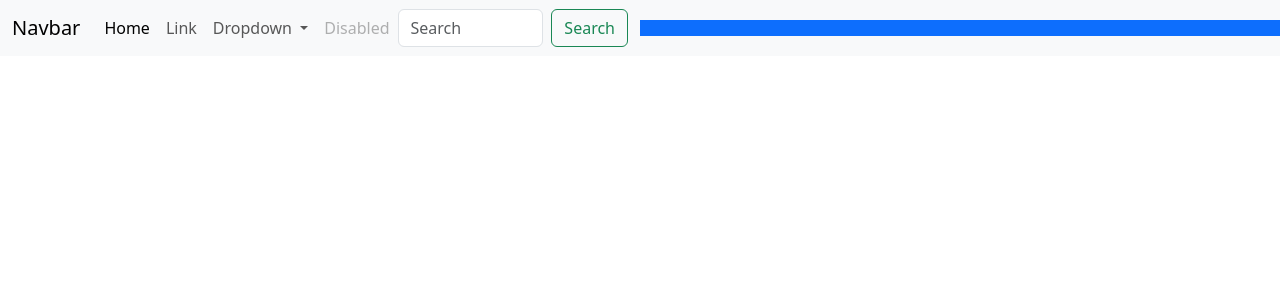
Repository: Riyakashiwala/practical
Page: riya 6th sem/book website.html
The author's editor kept a copy of each file at every save. The page is drawn from the files as they stood at one save, then again after the next save.
The browser window is 1280 px wide. The pictures show the whole page.

Above is the page before, as saved 2024-12-11 06:34:07.

### riya 6th sem/book website.html
<!DOCTYPE html>
<html lang="en">
<head>
    <meta charset="UTF-8">
    <meta name="viewport" content="width=device-width, initial-scale=1.0">
    <title>Book Website</title>
    <link href="https://cdn.jsdelivr.net/npm/bootstrap@5.3.3/dist/css/bootstrap.min.css" rel="stylesheet" integrity="sha384-QWTKZyjpPEjISv5WaRU9OFeRpok6YctnYmDr5pNlyT2bRjXh0JMhjY6hW+ALEwIH" crossorigin="anonymous">


</head>
<body>
    <nav class="navbar navbar-expand-lg bg-body-tertiary">
        <div class="container-fluid">
            <a class="navbar-brand" href="#">Navbar</a>
            <button class="navbar-toggler" type="button" data-bs-toggle="collapse" data-bs-target="#navbarSupportedContent" aria-controls="navbarSupportedContent" aria-expanded="false" aria-label="Toggle navigation">
            <span class="navbar-toggler-icon"></span>
            </button>
            <div class="collapse navbar-collapse" id="navbarSupportedContent">
            <ul class="navbar-nav me-auto mb-2 mb-lg-0">
                <li class="nav-item">
                <a class="nav-link active" aria-current="page" href="#">Home</a>
                </li>
                <li class="nav-item">
                <a class="nav-link" href="#">Link</a>
                </li>
                <li class="nav-item dropdown">
                <a class="nav-link dropdown-toggle" href="#" role="button" data-bs-toggle="dropdown" aria-expanded="false">
                Dropdown
                </a>
                <ul class="dropdown-menu">
                <li><a class="dropdown-item" href="#">Action</a></li>
                <li><a class="dropdown-item" href="#">Another action</a></li>
                <li><hr class="dropdown-divider"></li>
                <li><a class="dropdown-item" href="#">Something else here</a></li>
                </ul>
                </li>
            <li class="nav-item">
                <a class="nav-link disabled" aria-disabled="true">Disabled</a>
            </li>
            </ul>
            <form class="d-flex" role="search">
            <input class="form-control me-2" type="search" placeholder="Search" aria-label="Search">
            <button class="btn btn-outline-success" type="submit">Search</button>
            </form>
        </div>
        </div>
        <div class="container-fluid bg-primary">
        <div class="container">
            <section id="intro">
                <div class="row justify-content-start">
                    <div class="col-6">
                        <p class="display-3"></p>
                    </div>
                </div>
            </section>
        </div>
        </div>
    </nav>
    <script src="https://cdn.jsdelivr.net/npm/bootstrap@5.3.3/dist/js/bootstrap.bundle.min.js" integrity="sha384-YvpcrYf0tY3lHB60NNkmXc5s9fDVZLESaAA55NDzOxhy9GkcIdslK1eN7N6jIeHz" crossorigin="anonymous"></script>
</body>
</html>

After the next save:
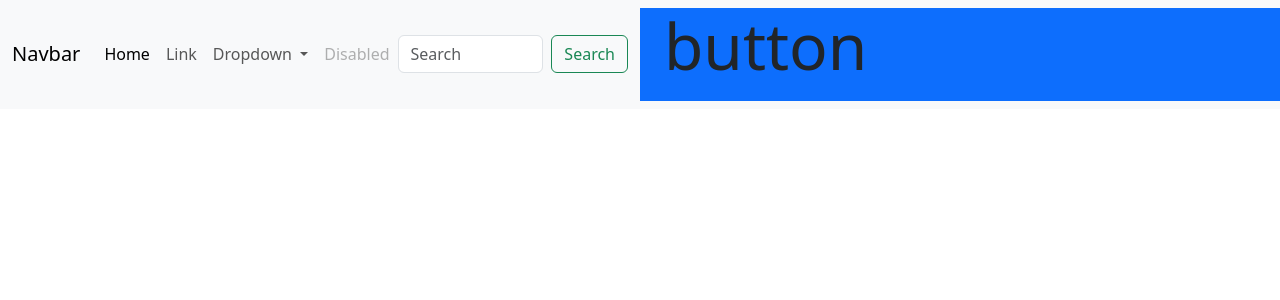
Saved 17 s later.
--- a/riya 6th sem/book website.html
+++ b/riya 6th sem/book website.html
@@ -49,7 +49,7 @@
             <section id="intro">
                 <div class="row justify-content-start">
                     <div class="col-6">
-                        <p class="display-3"></p>
+                        <p class="display-3">button</p>
                     </div>
                 </div>
             </section>
